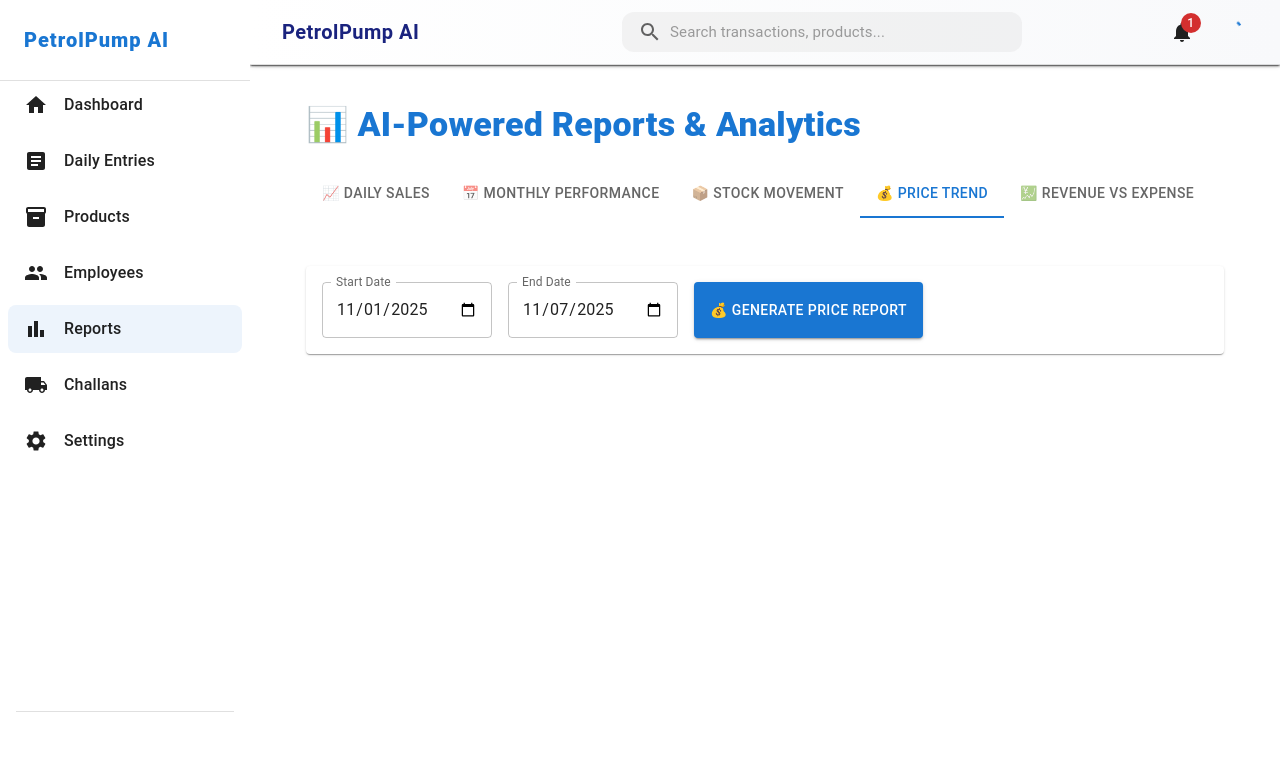
Repository: saquib0509/AI-Enabled-Retail-Management-
Page: /reports (app in frontend/), after clicking the first element matching `#tab-3`
An editor plug-in stored every save of this project. The page is shown before and after the next save, followed by the edit.
The browser window is 1280 px wide. The pictures show the whole page.
The page's requests for data from a server got no answer. The project was rebuilt for these pictures with package versions that can differ from the ones it lists, and the page was loaded fresh each time. No one was signed in, and anything a server would have sent is missing. Also part of the build but not shown: frontend/vite.config.ts, frontend/src/pages/Dashboard.tsx, frontend/src/components/DailyEntryForm.tsx, frontend/src/components/EmployeeList.tsx, frontend/src/components/EmployeeForm.tsx, frontend/src/components/EmployeeAttendance.tsx, frontend/src/components/EmployeeSalary.tsx, frontend/src/pages/Employees.tsx and 8 more.

Above is the page before, as saved 2025-11-08 23:25:58.

After the next save:
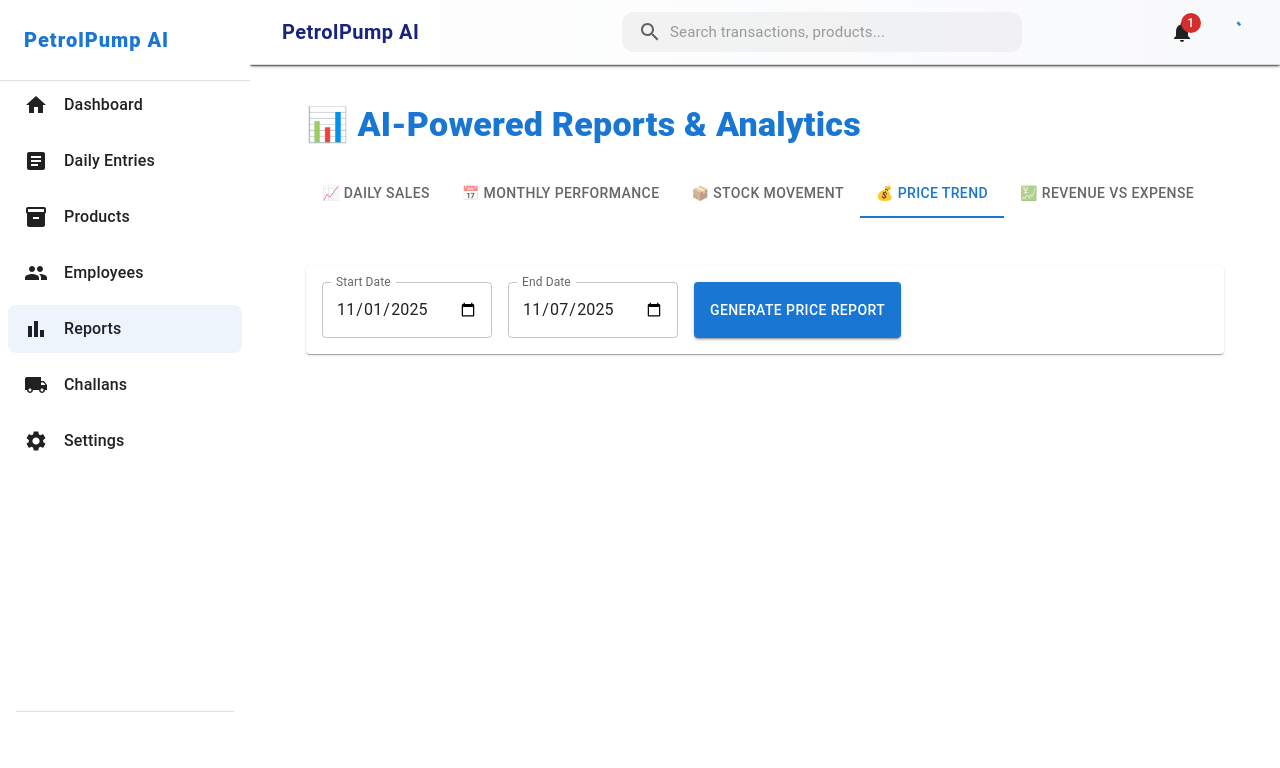
Saved 42 s later.
--- a/frontend/src/components/Reports/PriceTrendReport.tsx
+++ b/frontend/src/components/Reports/PriceTrendReport.tsx
@@ -86,7 +86,7 @@ const PriceTrendReport: FC = () => {
             InputLabelProps={{ shrink: true }}
           />
           <Button variant="contained" onClick={fetchReport} disabled={loading}>
-            {loading ? '⏳ Loading...' : '💰 Generate Price Report'}
+            {loading ? 'Loading...' : 'Generate Price Report'}
           </Button>
         </Stack>
       </Paper>
